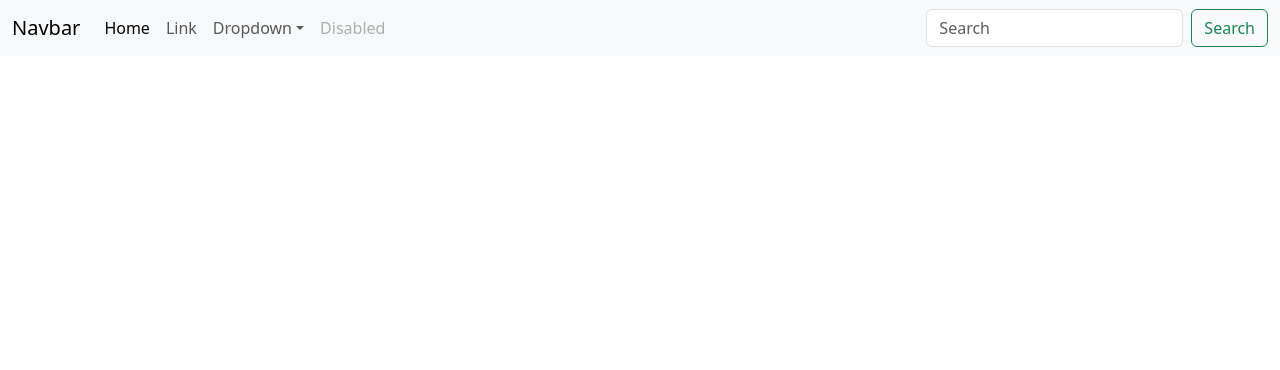
Repository: suraj-yadav7/createpost-redux
Page: /read
These files come from the project's save history. The page is drawn as it stood at one moment and after the next save; the edit follows.
The browser window is 1280 px wide. The pictures show the whole page.
The project was rebuilt for these pictures with package versions that can differ from the ones it lists, and the page was loaded fresh each time. Also part of the build but not shown: vite.config.js, src/App.css, src/index.css.

Above is the page before, as saved 2023-05-15 23:43:07.

### index.html
<!DOCTYPE html>
<html lang="en">
  <head>
    <meta charset="UTF-8" />
    <link rel="icon" type="image/svg+xml" href="/vite.svg" />
    <meta name="viewport" content="width=device-width, initial-scale=1.0" />
    <link href="https://cdn.jsdelivr.net/npm/bootstrap@5.3.0-alpha3/dist/css/bootstrap.min.css" rel="stylesheet" integrity="sha384-KK94CHFLLe+nY2dmCWGMq91rCGa5gtU4mk92HdvYe+M/SXH301p5ILy+dN9+nJOZ" crossorigin="anonymous">
    <title>CRUD WebApp</title>
  </head>
  <body>
    <div id="root"></div>
    <script type="module" src="/src/main.jsx"></script>
    <script src="https://cdn.jsdelivr.net/npm/bootstrap@5.3.0-alpha3/dist/js/bootstrap.bundle.min.js" integrity="sha384-ENjdO4Dr2bkBIFxQpeoTz1HIcje39Wm4jDKdf19U8gI4ddQ3GYNS7NTKfAdVQSZe" crossorigin="anonymous"></script>
  </body>
</html>
  </body>
</html>

### src/main.jsx
import React from 'react'
import ReactDOM from 'react-dom/client'
import App from './App.jsx'
import './index.css'
import { Provider } from 'react-redux'
import store from "./store/store.jsx"

ReactDOM.createRoot(document.getElementById('root')).render(
  <Provider store={store}>
    <App />
  </Provider>
)

### src/App.jsx
import React, { useState } from 'react'
import './App.css'
import Navbar from './components/Navbar'

function App() {

  return (
    <>
    <Navbar />
    </>
  )
}

export default App

### src/store/store.jsx
import { configureStore } from "@reduxjs/toolkit";
import userDetail from "./slice/userDetail"

const store = configureStore({
    reducer:{
        users:userDetail
    }
})

export default store;

### src/components/Navbar.jsx
import React from 'react'

const Navbar = () => {
  return (
    <>
      <nav class="navbar navbar-expand-lg bg-body-tertiary">
  <div class="container-fluid">
    <a class="navbar-brand" href="#">Navbar</a>
    <button class="navbar-toggler" type="button" data-bs-toggle="collapse" data-bs-target="#navbarSupportedContent" aria-controls="navbarSupportedContent" aria-expanded="false" aria-label="Toggle navigation">
      <span class="navbar-toggler-icon"></span>
    </button>
    <div class="collapse navbar-collapse" id="navbarSupportedContent">
      <ul class="navbar-nav me-auto mb-2 mb-lg-0">
        <li class="nav-item">
          <a class="nav-link active" aria-current="page" href="#">Home</a>
        </li>
        <li class="nav-item">
          <a class="nav-link" href="#">Link</a>
        </li>
        <li class="nav-item dropdown">
          <a class="nav-link dropdown-toggle" href="#" role="button" data-bs-toggle="dropdown" aria-expanded="false">
            Dropdown
          </a>
          <ul class="dropdown-menu">
            <li><a class="dropdown-item" href="#">Action</a></li>
            <li><a class="dropdown-item" href="#">Another action</a></li>
            <li><hr class="dropdown-divider"/></li>
            <li><a class="dropdown-item" href="#">Something else here</a></li>
          </ul>
        </li>
        <li class="nav-item">
          <a class="nav-link disabled">Disabled</a>
        </li>
      </ul>
      <form class="d-flex" role="search">
        <input class="form-control me-2" type="search" placeholder="Search" aria-label="Search"/>
        <button class="btn btn-outline-success" type="submit">Search</button>
      </form>
    </div>
  </div>
</nav>
    </>
  )
}

export default Navbar

### src/store/slice/userDetail.jsx
import { createSlice } from "@reduxjs/toolkit";

const userDetail= createSlice({
    name:"userDetail",
    initialState:{
        user:[],
        loading:false,
        error:null,
    },
    reducers:{
        addPost(state,action){

        }
    }


})

export default userDetail.reducer
export const {addPost} = userDetail.actions

### src/components/create.jsx
import React from 'react'

const Create = () => {
  return (
    <>
      <form>
  <div class="mb-3">
    <label for="exampleInputEmail1" class="form-label">Email address</label>
    <input type="email" class="form-control" id="exampleInputEmail1" aria-describedby="emailHelp"/>
    <div id="emailHelp" class="form-text">We'll never share your email with anyone else.</div>
  </div>
  <div class="mb-3">
    <label for="exampleInputPassword1" class="form-label">Password</label>
    <input type="password" class="form-control" id="exampleInputPassword1"/>
  </div>
  <div class="mb-3 form-check">
    <input type="checkbox" class="form-check-input" id="exampleCheck1"/>
    <label class="form-check-label" for="exampleCheck1">Check me out</label>
  </div>
  <button type="submit" class="btn btn-primary">Submit</button>
</form>
    </>
  )
}

export default Create

After the next save:
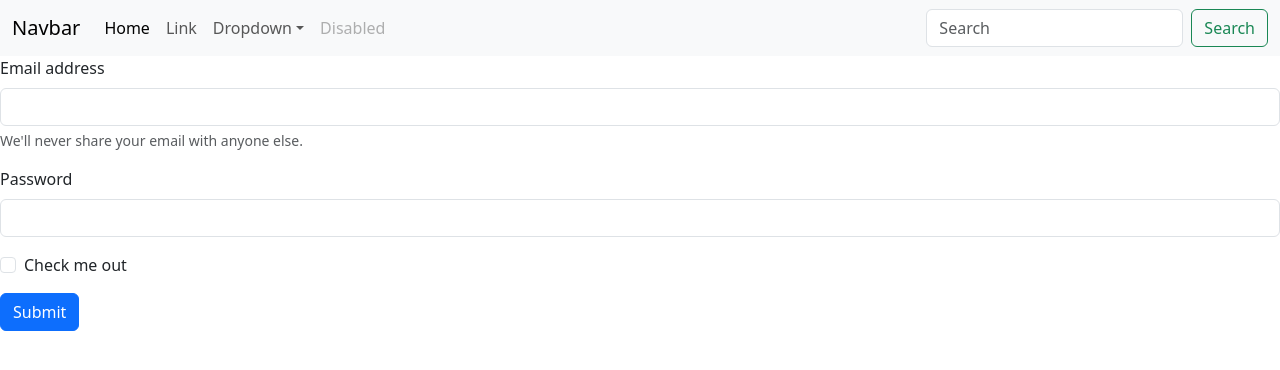
Saved 6 s later.
--- a/src/App.jsx
+++ b/src/App.jsx
@@ -1,12 +1,14 @@
 import React, { useState } from 'react'
 import './App.css'
 import Navbar from './components/Navbar'
+import Create from './components/create'
 
 function App() {
 
   return (
     <>
     <Navbar />
+    <Create />
     </>
   )
 }
